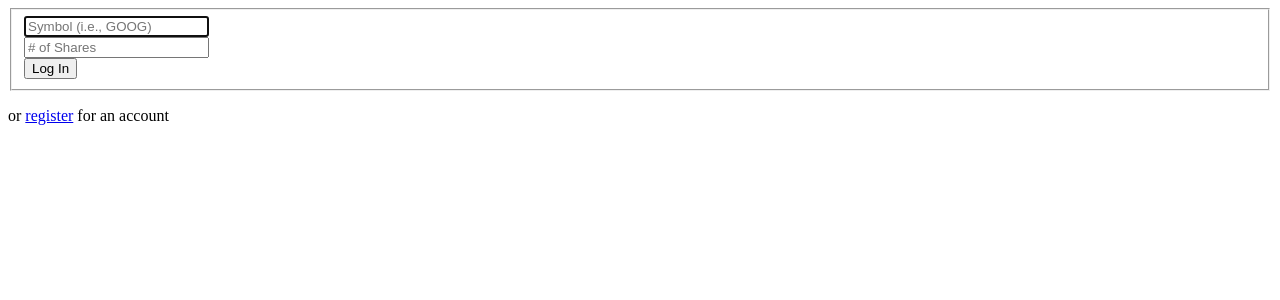
Repository: scknkrbg/cs50
Page: http://localhost/pset7/pset7/views/sell_form.php
The author's editor kept a record of every edit. The page is drawn from the files as they stood at one moment, then again after the next edit.
The browser window is 1280 px wide. The pictures show the whole page.
The page is run by PHP 8.4 with error messages shown; the project is at /var/www/html/.

Above is the page before.

After the next edit:
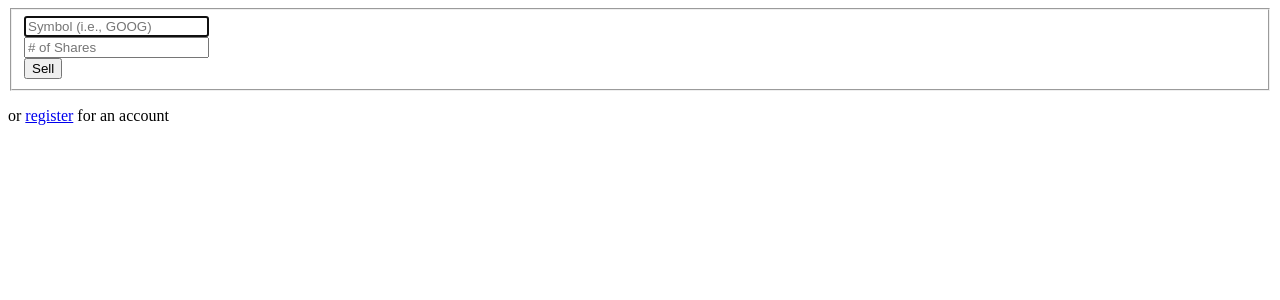
The edit:
--- a/pset7/pset7/views/sell_form.php
+++ b/pset7/pset7/views/sell_form.php
@@ -8,8 +8,8 @@
         </div>
         <div class="form-group">
             <button class="btn btn-default" type="submit">
-                <span aria-hidden="true" class="glyphicon glyphicon-log-in"></span>
-                Log In
+                <span aria-hidden="true" class="glyphicon glyphicon-minus-sign"></span>
+                Sell
             </button>
         </div>
     </fieldset>
